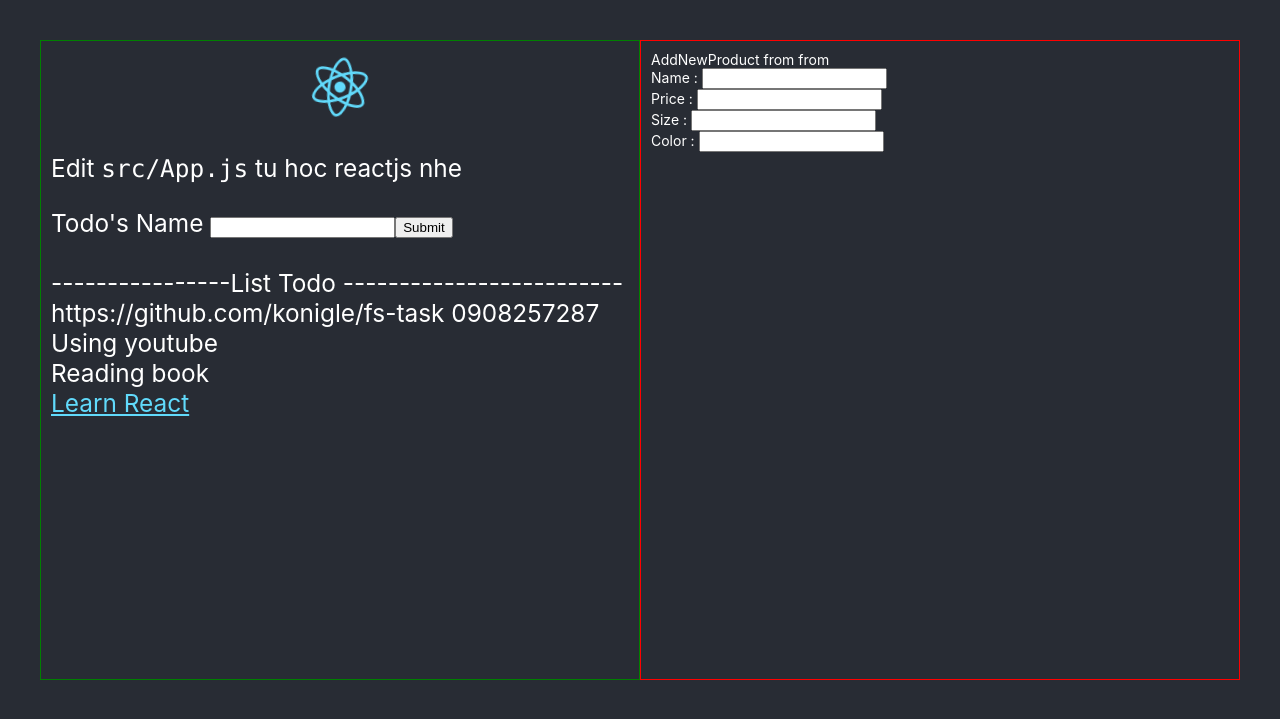
Repository: baothi/learn-reactjs
Page: /
An editor plug-in stored every save of this project. The page is shown before and after the next save, followed by the edit.
The browser window is 1280 px wide. The pictures show the whole page.
The project was rebuilt for these pictures with package versions that can differ from the ones it lists, and the page was loaded fresh each time.

Above is the page before, as saved 2022-10-04 17:49:56.

After the next save:
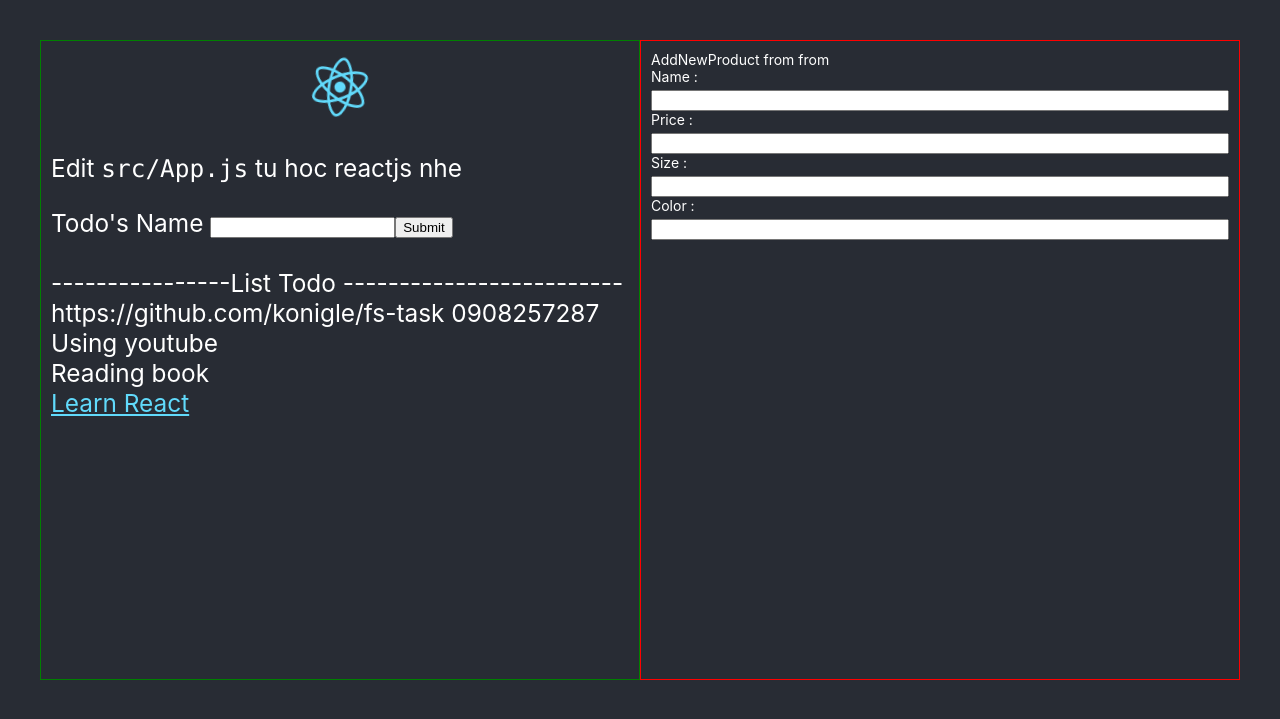
Saved 3 min 49 s later.
--- a/src/App.css
+++ b/src/App.css
@@ -55,3 +55,10 @@
   border: 1px solid red;
   color: white;
 }
+
+.input-product {
+  display: flex;
+  flex-direction: column;
+  justify-content: center;
+  gap: 5px
+}
